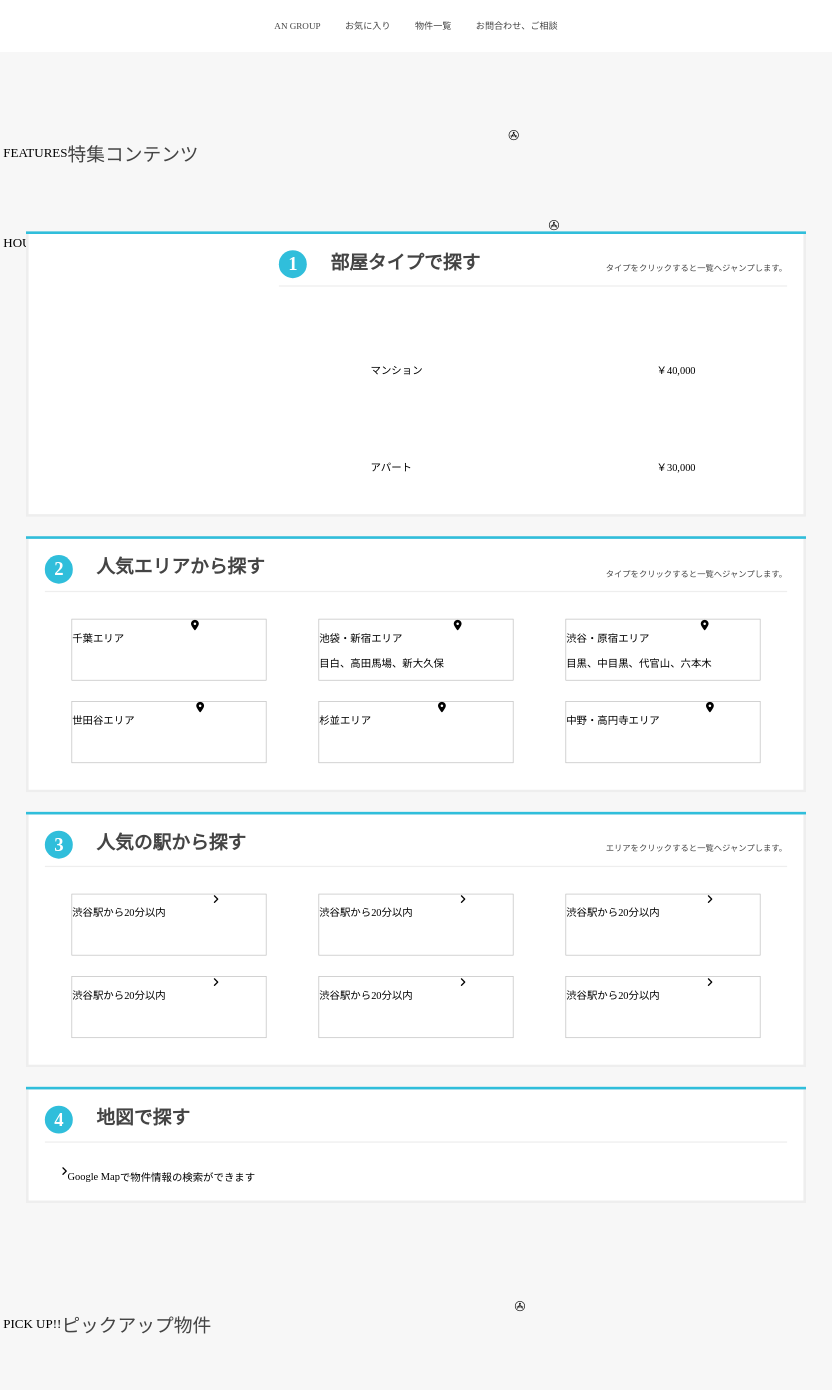
Repository: ninhdavid/real-estate
Page: index.html
These files come from the project's save history. The page is drawn as it stood at one moment and after a run of saves; the edit follows.
The browser window is 1280 px wide. The pictures show the whole page, at 65% of full size.
Some web libraries are served in a nearby version. The style sheet was rebuilt from its Sass, Less or Tailwind sources for each picture, by a compiler version that may differ from the author's.

Above is the page before, as saved 2022-05-13 23:06:33.

### index.html
<!DOCTYPE html>
<html lang="en">

<head>
    <meta charset="UTF-8">
    <meta http-equiv="X-UA-Compatible" content="IE=edge">
    <meta name="viewport" content="width=device-width, initial-scale=1.0">
    <link rel="stylesheet" href="css/main.css">
    <script src="https://kit.fontawesome.com/691ec27588.js" crossorigin="anonymous"></script>
    <title>Document</title>
</head>

<body>
    <div class="main-container">
        <div class="header">
            <div class="img-header"></div>
        </div>
        <div class="main-nav">
            <ul id="nav">
                <li><a class="nav-img" href="#">
                        <!-- <img src="./asset/img/logo/logo-edited.png" alt=""> -->
                        AN GROUP
                    </a></li>
                <li><a href="#">お気に入り</a></li>
                <li><a href="#">物件一覧</a></li>
                <li><a href="#">お問合わせ、ご相談</a></li>
            </ul>
        </div>
        <div class="content">
            <div class="content-section">
                <div class="title-section">
                    <i class="fa-brands fa-app-store"></i>
                    <p>FEATURES</p>
                    <p>特集コンテンツ</p>
                </div>
                <div id="slider"> </div>
            </div>
            <div class="content-section search-section">
                <div class="title-section">
                    <i class="fa-brands fa-app-store"></i>
                    <p>HOUSE SEARCH</p>
                    <p>2種類のカンタン検索</p>
                </div>
                <div class="content-area">
                    <div class="content-box">
                        <div class="title-area">
                            <h3>
                                <span>1</span>
                                部屋タイプで探す
                            </h3>
                            <p>タイプをクリックすると一覧へジャンプします。</p>
                        </div>
                        <div class="type-list">
                            <div class="type-list-des">
                                <div class="list-bg"></div>
                                <p class="list-title">マンション</p>
                                <p class="list-price">￥40,000</p>
                            </div>
                            <div class="type-list-des">
                                <div class="list-bg"></div>
                                <p class="list-title">アパート</p>
                                <p class="list-price">￥30,000</p>
                            </div>
                        </div>
                    </div>
                    <div class="content-box">
                        <div class="title-area">
                            <h3>
                                <span>2</span>
                                人気エリアから探す
                            </h3>
                            <p>タイプをクリックすると一覧へジャンプします。</p>
                        </div>
                        <div class="type-list location-list">
                            <div class="type-list-des location-des">
                                <i class="fa-solid fa-location-dot"></i>
                                <p>千葉エリア</p>
                            </div>
                            <div class="type-list-des location-des">
                                <i class="fa-solid fa-location-dot"></i>
                                <p>池袋・新宿エリア</p>
                                <p>目白、高田馬場、新大久保</p>
                            </div>
                            <div class="type-list-des location-des">
                                <i class="fa-solid fa-location-dot"></i>
                                <p>渋谷・原宿エリア</p>
                                <p>目黒、中目黒、代官山、六本木</p>
                            </div>
                            <div class="type-list-des location-des">
                                <i class="fa-solid fa-location-dot"></i>
                                <p>世田谷エリア</p>
                                <p></p>
                            </div>
                            <div class="type-list-des location-des">
                                <i class="fa-solid fa-location-dot"></i>
                                <p>杉並エリア</p>
                                <p></p>
                            </div>
                            <div class="type-list-des location-des">
                                <i class="fa-solid fa-location-dot"></i>
                                <p>中野・高円寺エリア</p>
                            </div>
                        </div>
                    </div>
                    <div class="content-box">
                        <div class="title-area">
                            <h3>
                                <span>3</span>
                                人気の駅から探す
                            </h3>
                            <p>エリアをクリックすると一覧へジャンプします。</p>
                        </div>
                        <div class="type-list station-list">
                            <div class="type-list-des station-des">
                                <i class="fa-solid fa-angle-right"></i>
                                <p>渋谷駅から</p>
                                <p>20分以内</p>
                            </div>
                            <div class="type-list-des station-des">
                                <i class="fa-solid fa-angle-right"></i>
                                <p>渋谷駅から</p>
                                <p>20分以内</p>
                            </div>
                            <div class="type-list-des station-des">
                                <i class="fa-solid fa-angle-right"></i>
                                <p>渋谷駅から</p>
                                <p>20分以内</p>
                            </div>
                            <div class="type-list-des station-des">
                                <i class="fa-solid fa-angle-right"></i>
                                <p>渋谷駅から</p>
                                <p>20分以内</p>
                            </div>
                            <div class="type-list-des station-des">
                                <i class="fa-solid fa-angle-right"></i>
                                <p>渋谷駅から</p>
                                <p>20分以内</p>
                            </div>
                            <div class="type-list-des station-des">
                                <i class="fa-solid fa-angle-right"></i>
                                <p>渋谷駅から</p>
                                <p>20分以内</p>
                            </div>
                        </div>
                    </div>
                    <div class="content-box">
                        <div class="title-area">
                            <h3>
                                <span>4</span>
                                地図で探す
                            </h3>
                        </div>
                        <div class="type-list map-list">
                            <i class="fa-solid fa-angle-right"></i>
                            <p>Google Map</p>
                            <p>で物件情報の検索ができます</p>
                        </div>
                    </div>
                </div>
            </div>
            <div class="content-section">
                <div class="title-section">
                    <i class="fa-brands fa-app-store"></i>
                    <p>PICK UP!!</p>
                    <p>ピックアップ物件</p>
                </div>
                <div></div>
            </div>
        </div>

    </div>



</body>
<script src="asset/java-script/chat-online.js"></script>

</html>

### css/main.scss


*{
    padding: 0;
    margin: 0;
    box-sizing: border-box;
}

.main-nav{
    // height: 85px;
    background-color: #fff;
    width: 100%;
    z-index:10;
    height: 5em;
    text-align: center;
}
#nav{
    display:inline-block;
}
#nav,
.subnav {
    list-style-type: none;
}
#nav > li{
    display:inline-block;
}
#nav  li{
    position: relative;
    top:11px;
}
#nav li a{
    display: block;
    text-decoration: none;
    line-height: 24px;
    font-size: 14px;
    padding: 1.2em;
}
#nav>li>a{
    color: rgb(68,68,68);
    text-transform: uppercase;
}
// .nav-img{
//     background-image: url("/asset/img/logo/logo-edited.png");
//     height:80px;
//     width: 100px;
//     padding: 5px 0;
//     background-position: center; /* Center the image */
//     background-repeat: no-repeat; /* Do not repeat the image */
//     background-size: cover;
// }
.content{
    background-color: #f7f7f7;
    padding: 60px 5px;
}
.content-section{
    display: block;
    text-align: center;
    padding:60px 0;
}
.title-section{

}
.search-section{

}
.title-section i {

}
.tittle-section p{
    font-weight: bold;
}
.title-section>p:nth-of-type(1){
    font-size: 1.25em;
    line-height: 1;
    padding: 10px 0;
}
.title-section p:nth-of-type(2){
    font-size: 1.8em;
    // font-size: 32px;
    color: #444444;
    padding-bottom: 2em;
}
.content-area{
    width: 1200px;
    margin: 0 auto;
}

.content-box{
    // display:relative;
    width: 100%;
    padding: 25px;
    border: 4px solid #eeeeee;
    position: relative;
    margin-bottom:30px;
    background-color: #fff;
}
.content-box:before{
    content: "";
    display: block;
    position: absolute;
    left: -4px;
    top: -4px;
    width: calc(100% + 8px);
    height: 4px;
    background-color: #30bedb;
}
.content-box p {
    display: inline-block;
}
.title-area{
    display:flex;
    justify-content:space-between;
    // font-size: 1.8em;
    line-height: 1.2;
    text-align: center;
    align-items:center;
    padding-bottom: 0.7em;
    border-bottom: 2px solid #eeeeee;
}
.title-area h3{
    font-size: 1.8em;
    color: #444444;
}
.title-area>h3>span{
    width: 1.5em;
    line-height: 1.5em;
    background-color: #30bedb;
    color: #fff;
    display:inline-block;
    vertical-align: middle;
    margin-right: 1em;
    // font-size: 1.6428571429em;
    // font-size: 1.17em;
    font-weight: bold;
    text-align: center;
    border-radius: 50% 50% 50% 50%;
}
.title-area>p{
    font-size: 0.8em;
    color: #444444;
}
.type-list{
    padding: 25px 25px 0px 25px;
    display:flex;
    flex-wrap: wrap;
    flex-direction:row;
    justify-content: center;
}
.type-list-des{
    width: 500px;
    height:150px;
    position: relative;
}
.list-bg{
    position: absolute;
    background: no-repeat center center / cover;
    transition: all 0.3s ease;
    background-color: red;
}
.list-title{
    position:absolute;
    left: 0;
    top: 50%;
}
.list-price{
    position:absolute;
    right: 0;
    top: 50%;
}
.location-list{
    display: flex;
    justify-content:space-between;
}
.location-des{
    border:1px solid #bbbbbb;
    height:95px;
    width:300px;
    margin: 1em;
    // display:flex;
    // justify-content: center;
    // align-items: center;
    // flex-direction: column;
    // text-align:center;
}
// .station-des i{
//     display:block;
//     float:left;
//     margin-top:15px;
// }
.station-des
.location-des i,p{
    display:block;
    float:left;
    margin-top:15px;
}
.station-list{
    display: flex;
    justify-content:space-between;
}
.station-des{
    border:1px solid #bbbbbb;
    height:95px;
    width:300px;
    margin: 1em;
}

.map-list{
    display: flex;
    justify-content:flex-start;
    align-items:center;
}

Loaded but not shown: asset/java-script/chat-online.js (no stored copy; drawn as an empty file)

After the next 3 saves:
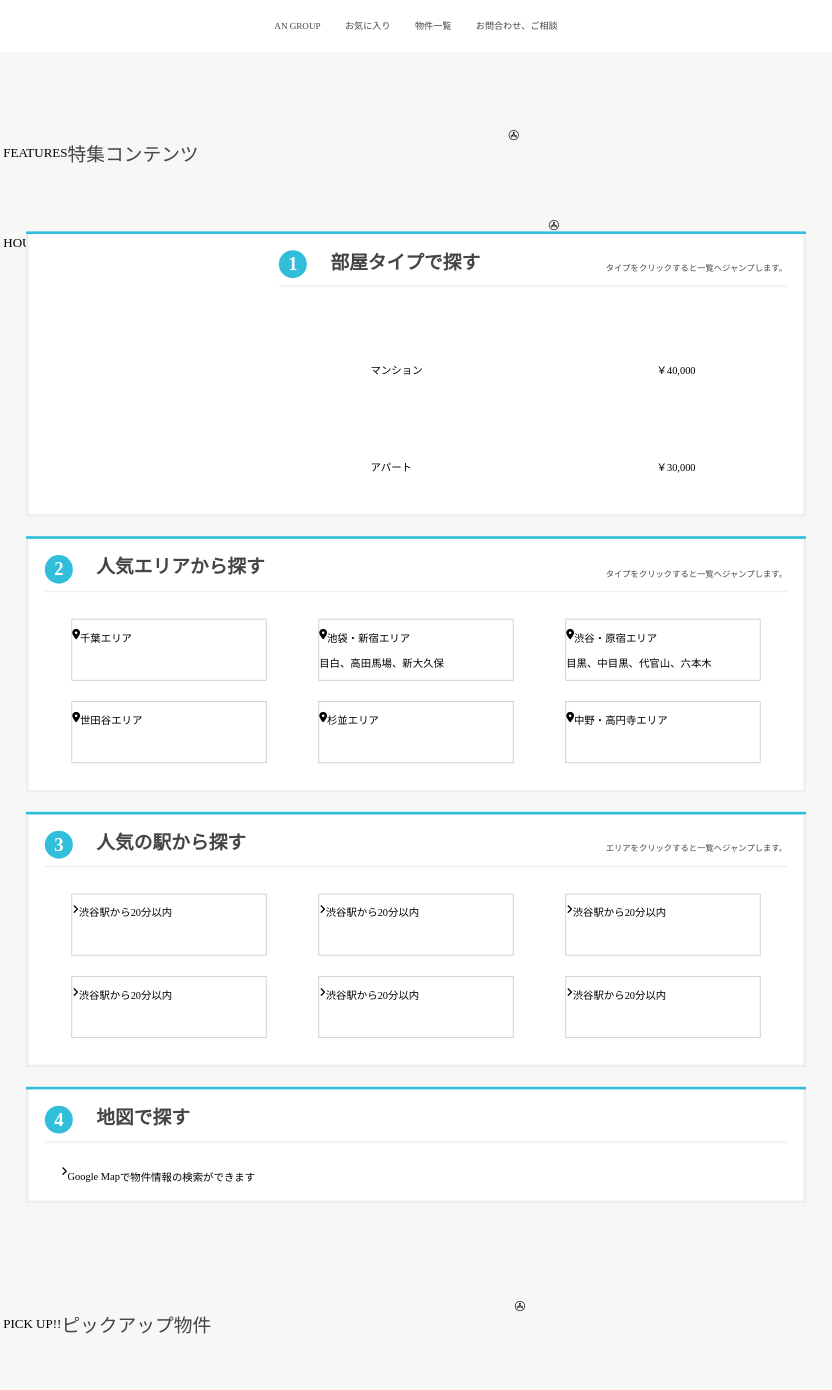
The 3 saves are shown as one change because they came seconds apart.
The last was saved 9 s later.
--- a/css/main.scss
+++ b/css/main.scss
@@ -182,12 +182,11 @@
     // flex-direction: column;
     // text-align:center;
 }
-// .station-des i{
-//     display:block;
-//     float:left;
-//     margin-top:15px;
-// }
-.station-des
+.station-des i,p{
+    display:block;
+    float:left;
+    margin-top:15px;
+}
 .location-des i,p{
     display:block;
     float:left;
